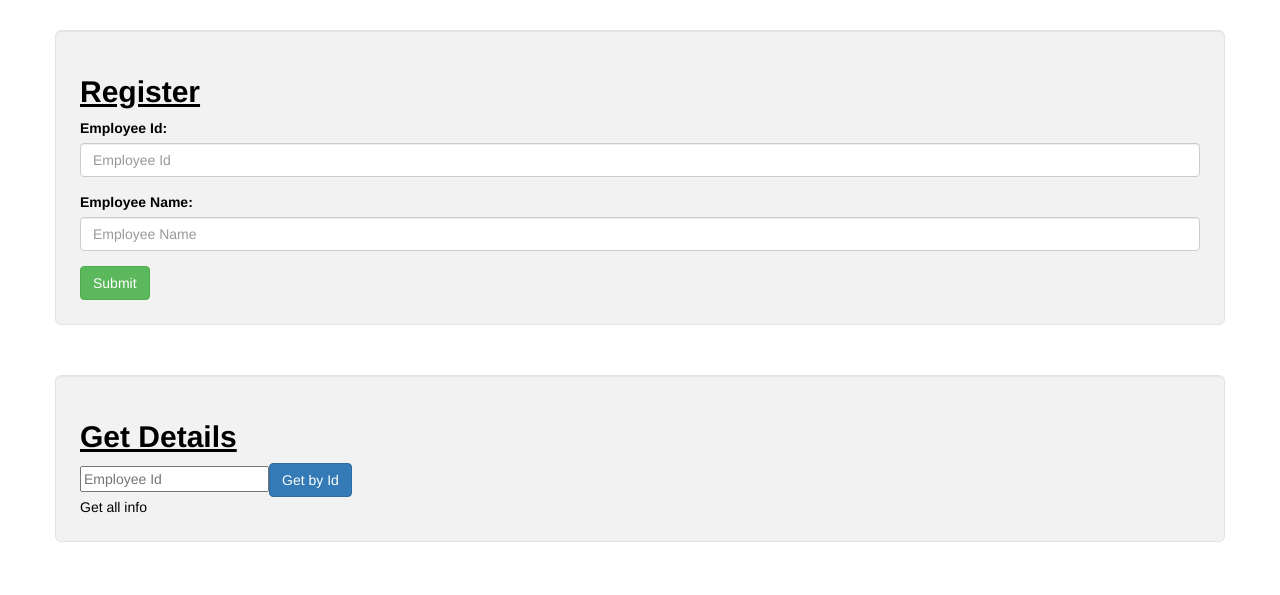
Repository: royakash07/FirstWebApplication
Page: http://localhost/SampleWebApplication/EmployeeProtal.jsp
These files come from the project's save history. The page is drawn as it stood at one moment and after the next save; the edit follows.
The browser window is 1280 px wide. The pictures show the whole page.
Some web libraries are served in a nearby version. The page is served by Tomcat 9. Nobody is signed in. The application's start-up code is not run. Other server files are loaded and not shown.

Above is the page before, as saved 2017-11-30 05:15:47.

### SampleWebApplication/WebContent/EmployeeProtal.jsp
<%@ page language="java" contentType="text/html; charset=ISO-8859-1"
    pageEncoding="ISO-8859-1"%>
<!DOCTYPE html PUBLIC "-//W3C//DTD HTML 4.01 Transitional//EN" "http://www.w3.org/TR/html4/loose.dtd">
<html>
<head>
<meta http-equiv="Content-Type" content="text/html; charset=ISO-8859-1">
<title>Portal</title>
  <meta charset="utf-8">
  <meta name="viewport" content="width=device-width, initial-scale=1">
  <link rel="stylesheet" href="https://maxcdn.bootstrapcdn.com/bootstrap/3.3.7/css/bootstrap.min.css">
  <script src="https://ajax.googleapis.com/ajax/libs/jquery/3.2.1/jquery.min.js"></script>
  <script src="https://maxcdn.bootstrapcdn.com/bootstrap/3.3.7/js/bootstrap.min.js"></script>
<style>
.well
{
color:black;
background-color:#F2F2F2;
}

</style>
</head>
<body>
<div style="padding: 30px">
<div class="container well well-lg" >
<h2><strong><u>Register</u></strong></h2>
<form action="Submit" method="post">
<div class="form-group">
  <label for="EmployeeId">Employee Id:</label>
  <input type="text" class="form-control" name="EmployeeId" placeholder="Employee Id" >
  </div>
  <div class="form-group">
  <label for="Name">Employee Name:</label>
  <input type="text" class="form-control" name="Name" placeholder="Employee Name">
  </div>
  <input type="submit"class="btn btn-success" value="Submit">
</form>
</div>
</div>
<div class="container well well-lg">
<h2><strong><u>Get Details</u></strong></h2>
<div class="input-group">
    <input type="text" placeholder="Employee Id">
	<button name="search"type="button" class="btn btn-primary" value="getDetailsById">Get by Id</button>
</div
	<button type="button" class="btn btn-primary" value="getAllDetails">Get all info</button>
</div>
</body>
</html>

After the next save:
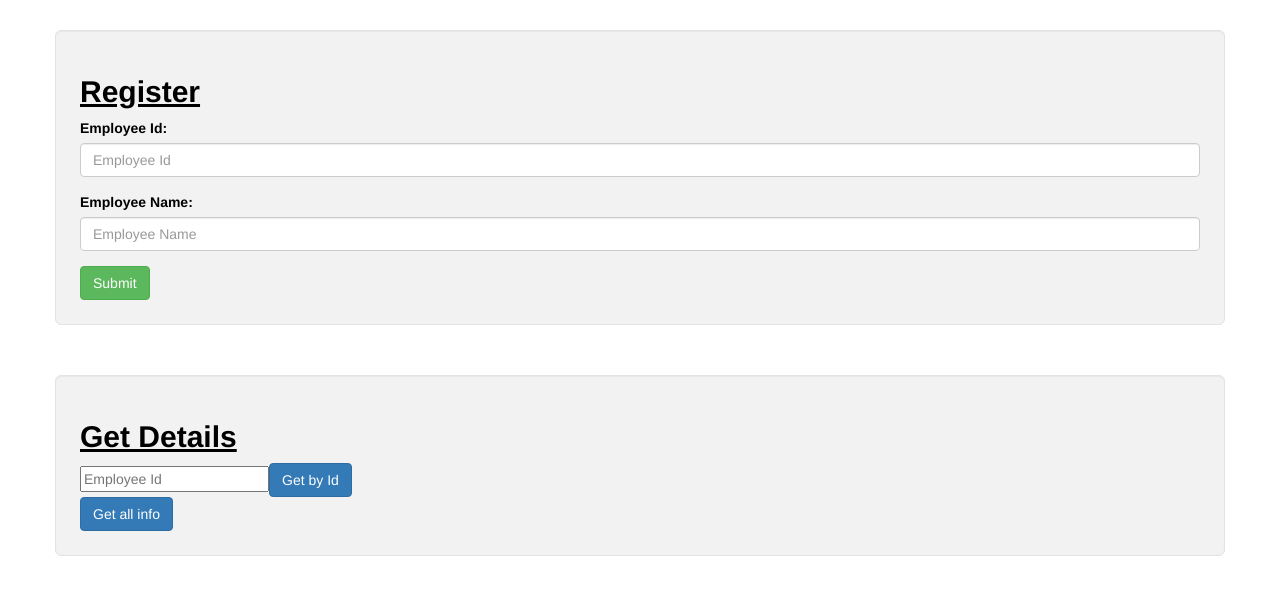
Saved 2 s later.
--- a/SampleWebApplication/WebContent/EmployeeProtal.jsp
+++ b/SampleWebApplication/WebContent/EmployeeProtal.jsp
@@ -41,7 +41,7 @@ background-color:#F2F2F2;
 <div class="input-group">
     <input type="text" placeholder="Employee Id">
 	<button name="search"type="button" class="btn btn-primary" value="getDetailsById">Get by Id</button>
-</div
+</div>
 	<button type="button" class="btn btn-primary" value="getAllDetails">Get all info</button>
 </div>
 </body>
